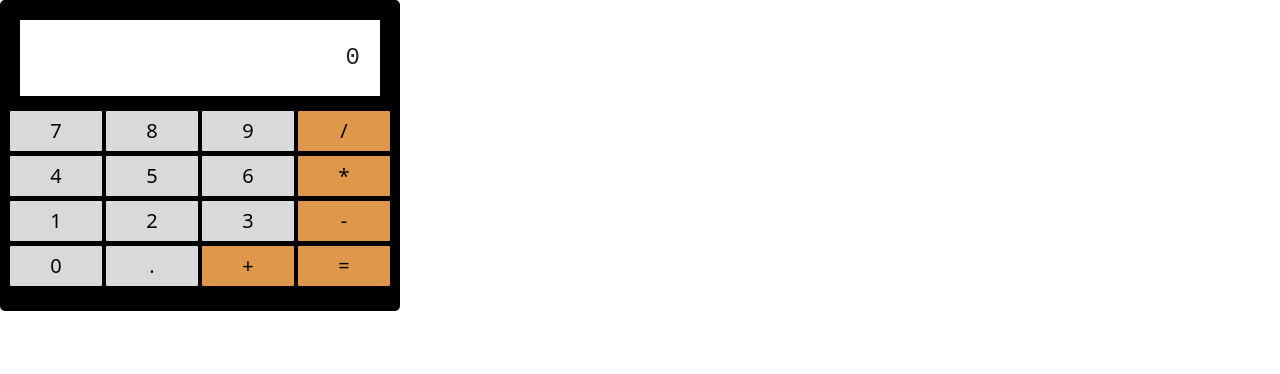
Repository: jgramirez0210/LAB-calculator
Page: index.html
These files come from the project's save history. The page is drawn as it stood at one moment and after the next save; the edit follows.
The browser window is 1280 px wide. The pictures show the whole page.

Above is the page before, as saved 2023-10-10 21:05:36.

### index.html
<!DOCTYPE html>
<html lang="en">
<head>
  <meta charset="UTF-8">
  <meta name="viewport" content="width=device-width, initial-scale=1.0">
  <title>Calculator</title>
  <link href="https://cdn.jsdelivr.net/npm/bootstrap@5.3.2/dist/css/bootstrap.min.css" rel="stylesheet" integrity="sha384-T3c6CoIi6uLrA9TneNEoa7RxnatzjcDSCmG1MXxSR1GAsXEV/Dwwykc2MPK8M2HN" crossorigin="anonymous">
  <link rel="stylesheet" href="main.css">
</head>
<body>
  <div class="calculator">
    <div class="display">0</div>
    <div class="row">

    </div>
    <div class="row">
        <button>7</button>
        <button>8</button>
        <button>9</button>
        <button class="function">/</button>
    </div>
    <div class="row">
        <button>4</button>
        <button>5</button>
        <button>6</button>
        <button class="function">*</button>
    </div>
    <div class="row">
        <button>1</button>
        <button>2</button>
        <button>3</button>
        <button class="function">-</button>
    </div>
    <div class="row">
        <button>0</button>
        <button>.</button>
        <button class="function">+</button>
        <button class="function">=</button>
    </div>
</div>

  <script src="https://cdn.jsdelivr.net/npm/bootstrap@5.3.2/dist/js/bootstrap.bundle.min.js" integrity="sha384-C6RzsynM9kWDrMNeT87bh95OGNyZPhcTNXj1NW7RuBCsyN/o0jlpcV8Qyq46cDfL" crossorigin="anonymous"></script>
  <script src="main.js"></script>
</body>
</html>

### main.css
* {
  box-sizing: border-box;
  margin: 0;
  padding: 0;
}

.calculator {
  width: 400px;
  background-color: #000000;
  padding: 20px;
  border-radius: 5px;
}

.display {
  font-family: monospace;
  background-color: #ffffff;
  padding: 20px;
  font-size: 24px;
  margin-bottom: 10px;
  text-align: right;
}

.row {
  display: flex;
  justify-content: space-between;
  margin-bottom: 5px;
}

button {
  flex: 1; /* Ensures equal distribution of space among buttons */
  margin: 0 2px; /* Added a slight margin for spacing */
  padding: 5px;
  font-size: 20px;
  background-color: #d8d9db;
  border: none;
  border-radius: 1px;
  transition: background-color 0.3s;
}

button:hover {
  background-color: #ebebeb;
}

button:active {
  background-color: #bbbcbe;
}

button.function {
  background-color: #df974c;
}

button.function:hover {
  background-color: #dfb07e;
}

button.function:active {
  background-color: #dd8d37;
}

### main.js
console.log("testeroo")

After the next save:
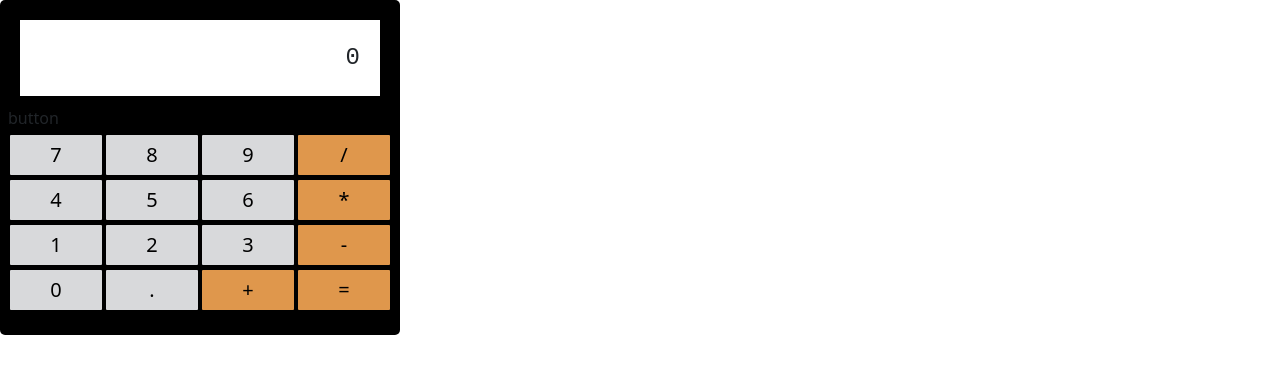
Saved 7 s later.
--- a/index.html
+++ b/index.html
@@ -11,7 +11,7 @@
   <div class="calculator">
     <div class="display">0</div>
     <div class="row">
-
+      button
     </div>
     <div class="row">
         <button>7</button>
